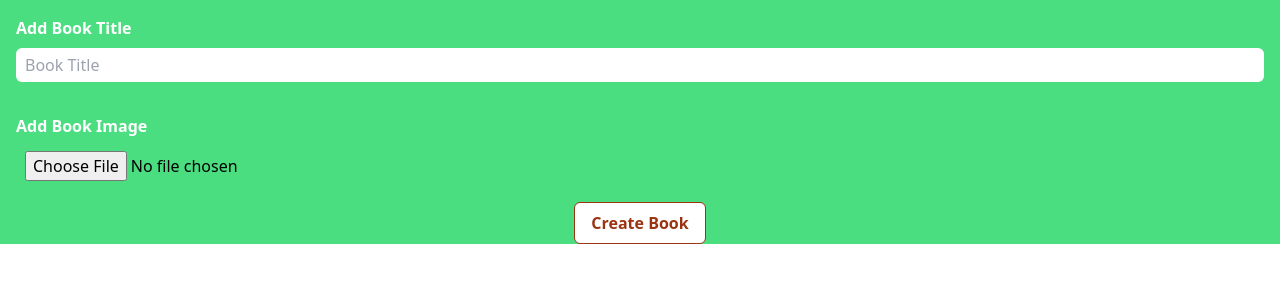
Repository: Marhamat92/booksappwithcontext
Page: /
The author's editor kept a copy of each file at every save. The page is drawn from the files as they stood at one save, then again after the next save.
The browser window is 1280 px wide. The pictures show the whole page.
The project was rebuilt for these pictures with package versions that can differ from the ones it lists, and the page was loaded fresh each time. Also part of the build but not shown: src/App.css.

Above is the page before, as saved 2022-12-07 14:23:35.

### src/App.tsx
import { useState } from "react";
import "./App.css";
import MainButton from "./components/Buttons/MainButton";
import ImageInput from "./components/Inputs/ImageInput";
import TextInput from "./components/Inputs/TextInput";

function App() {
  const [title, setTitle] = useState<string>("");
  const [image, setImage] = useState<string>("");

  const handleTitleChange = (e: React.ChangeEvent<HTMLInputElement>) => {
    setTitle(e.target.value);
  };

  const handleImageChange = (e: React.ChangeEvent<HTMLInputElement>) => {
    setImage(e.target.value);
  };

  const handleSubmit = (e: React.FormEvent<HTMLFormElement>) => {
    e.preventDefault();
    console.log(title);
    setTitle("");
  };

  return (
    <div>
      <div className='bg-green-400'>
        <form onSubmit={handleSubmit}>
          <TextInput
            label='Add Book Title'
            placeholder='Book Title'
            value={title}
            onChange={handleTitleChange}
          />
          <ImageInput
            onChange={handleImageChange}
            value={image}
            label='Add Book Image'
          />
          <div className='flex justify-center'>
            <MainButton type='submit' buttonText='Create Book' />
          </div>
        </form>
      </div>
    </div>
  );
}

export default App;

### src/components/Buttons/MainButton.tsx
import React from "react";

type Props = {
  buttonText: string;
  type: "submit" | "reset" | "button";
};

function MainButton({ buttonText, type }: Props) {
  return (
    <div>
      <button
        type={type}
        className='bg-white text-orange-800 font-bold py-2 px-4 rounded-md border border-orange-800'
      >
        {buttonText}
      </button>
    </div>
  );
}

export default MainButton;

### src/components/Inputs/ImageInput.tsx
import React from "react";

type Props = {
  label: string;
  value: string;
  onChange: (e: React.ChangeEvent<HTMLInputElement>) => void;
};

function ImageInput({ label, value, onChange }: Props) {
  return (
    <div className='flex flex-col px-4 py-4'>
      <label className='text-white font-bold mb-2' htmlFor='image'>
        {label}
      </label>
      <input
        className='pl-2 py-1 border border-transparent rounded-md focus-within:ring-2 focus-within:ring-green-400 focus-within:border-transparent focus:outline-none'
        type='file'
        name='image'
        id='image'
        value={value}
        onChange={onChange}
      />
    </div>
  );
}

export default ImageInput;

### src/components/Inputs/TextInput.tsx
import React from "react";

type Props = {
  label: string;
  placeholder: string;
  value: string;
  onChange: (e: React.ChangeEvent<HTMLInputElement>) => void;
};

function TextInput({ label, placeholder, value, onChange }: Props) {
  return (
    <div className='flex flex-col px-4 py-4'>
      <label className='text-white font-bold mb-2' htmlFor='text'>
        {label}
      </label>
      <input
        className='pl-2 py-1 border border-transparent rounded-md focus-within:ring-2 focus-within:ring-green-400 focus-within:border-transparent focus:outline-none'
        type='text'
        placeholder={placeholder}
        value={value}
        onChange={onChange}
      />
    </div>
  );
}

export default TextInput;

Loaded but not shown: public/index.html (common file); src/index.tsx (common file); src/index.css (common file); tailwind.config.js (common file)

After the next save:
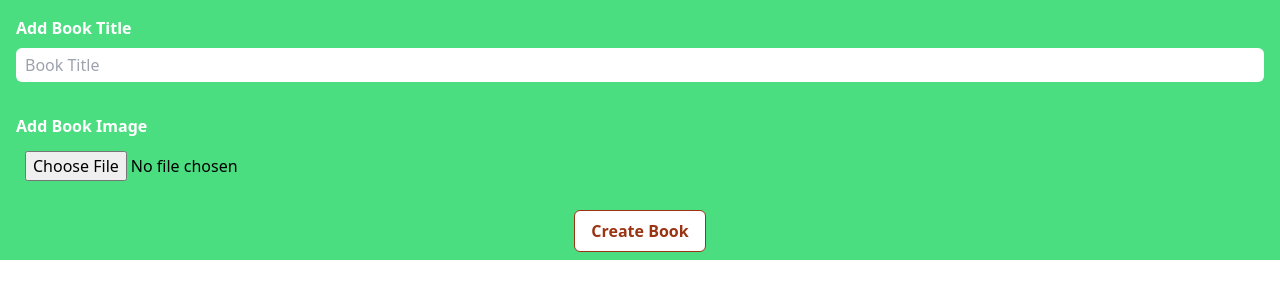
Saved 9 s later.
--- a/src/components/Buttons/MainButton.tsx
+++ b/src/components/Buttons/MainButton.tsx
@@ -10,7 +10,7 @@ function MainButton({ buttonText, type }: Props) {
     <div>
       <button
         type={type}
-        className='bg-white text-orange-800 font-bold py-2 px-4 rounded-md border border-orange-800'
+        className='bg-white text-orange-800 font-bold py-2 px-4 rounded-md border border-orange-800 my-2'
       >
         {buttonText}
       </button>
